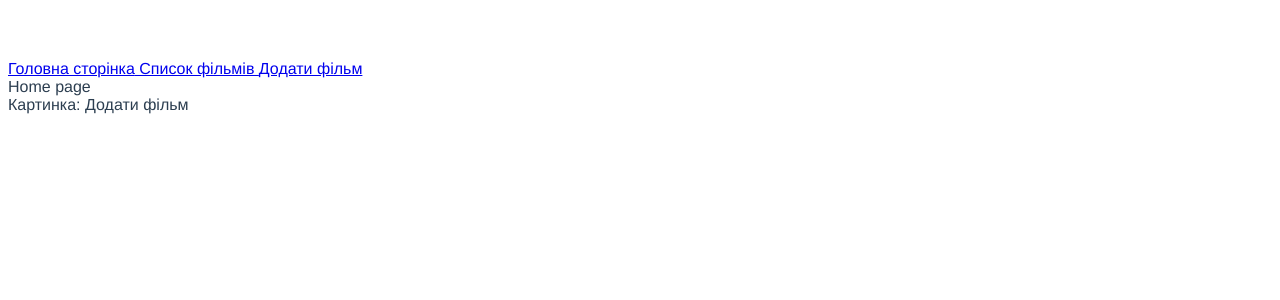
Repository: kristinap8/movies-gallery
Page: /
The author's editor kept a copy of each file at every save. The page is drawn from the files as they stood at one save, then again after the next save.
The browser window is 1280 px wide. The pictures show the whole page.
The project was rebuilt for these pictures with package versions that can differ from the ones it lists, and the page was loaded fresh each time. Also part of the build but not shown: src/pages/Movie/index.vue, src/pages/AddMovie/index.vue, src/components/MovieInfo/index.vue, src/components/MoviesList/index.vue, src/pages/AllMovies/index.vue.

Above is the page before, as saved 2020-10-30 22:36:38.

After the next save:
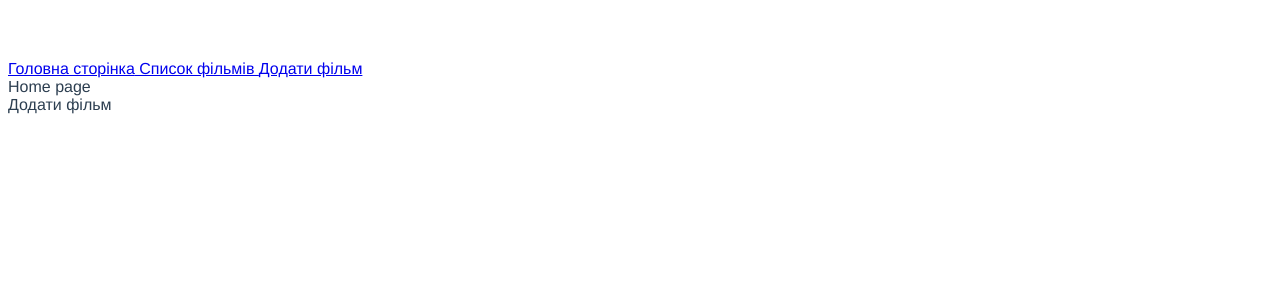
Saved 32 s later.
--- a/src/components/AddMovieForm/index.vue
+++ b/src/components/AddMovieForm/index.vue
@@ -11,20 +11,14 @@
           placeholder="Введіть назву фільму..."
         ></b-form-input>
       </b-form-group>
-         Картинка:
-        <b-form-input
-            v-model="image"
-          placeholder="Введіть url картинки..."
-        ></b-form-input>
-
-       <b-form-group label="Картинка:" label-for="image">
+      <b-form-group label="Картинка:" label-for="image">
         <b-form-input
           id="image"
           v-model="image"
           placeholder="Введіть url картинки..."
         ></b-form-input>
       </b-form-group>
-      <b-form-group label="Жанр:" label-for="genre">
+       <b-form-group label="Жанр:" label-for="genre">
         <b-form-select
           id="genre"
           v-model="genre"
